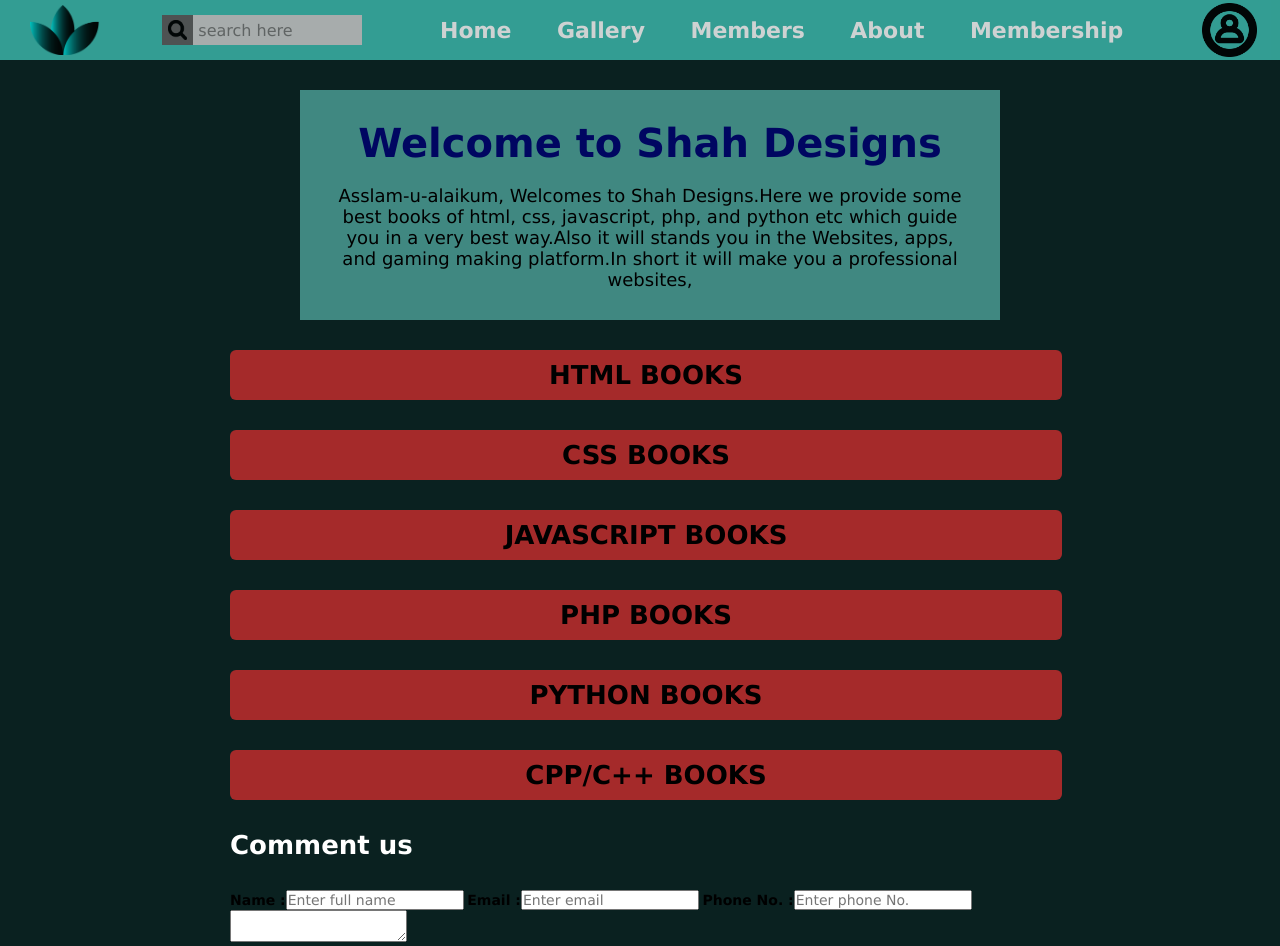
Repository: RawahaMR11/my_assignments
Page: rawaha computer/Shah Designs web/Shah home page.html
The author's editor kept a copy of each file at every save. The page is drawn from the files as they stood at one save, then again after the next save.
The browser window is 1280 px wide. The pictures show the whole page.

Above is the page before, as saved 2024-12-13 08:52:52.

### rawaha computer/Shah Designs web/Shah home page.html
<!DOCTYPE html>
<html lang="en">
<head>
      <meta charset="UTF-8">
      <meta name="viewport" content="width=device-width, initial-scale=1.0">
      <title>Shah Designs</title>
      <link rel="stylesheet" href="Shah home page.css">
</head>
<body>
<div class="my-display">
      <header>
            <div class="logo">
                  <img src="logo.png" alt="Shah Designs logo">
            </div><!--end logo-->
            <div class="search">
                  <img src="search.png" alt="Search-icon">
                  <input type="text" placeholder="search here">
            </div><!--end search-->
            <div class="home">
                  <a href="Shah home page.html">Home</a>
            </div><!--end home-->
            <div class="gallery">
                  <a href="#">Gallery</a>
            </div><!--end gallery-->
            <div class="members">
                  <a href="#">Members</a>
            </div><!--end members -->
            <div class="about">
                  <a href="#">About</a>
            </div><!--end about-->
            <div class="membership">
                  <a href="#">Membership</a>
            </div>
            <div class="login">
                  <img src="sign in.png" alt="Login">
            </div><!--end login-->
      </header>


      <div class="wrapper">
            <div id="welcome">
                  <h1>Welcome to Shah Designs</h1><br>
                  <p>Asslam-u-alaikum, Welcomes to Shah Designs.Here we provide some best books of html, css, javascript, php, and python etc which guide you in a very best way.Also it will stands you in the Websites, apps, and gaming making platform.In short it will make you a professional websites, </p>
            </div><!--end welcome-->
      </div><!--end wrapper-->


      <div class="html-books">
            <p>HTML BOOKS</p>
      </div>
      <div class="css-books">
            <p>CSS BOOKS</p>
      </div>
      <div class="javascript-books">
            <p>JAVASCRIPT BOOKS</p>
      </div>
      <div class="php-books">
            <p>PHP BOOKS</p>
      </div>
      <div class="python-books">
            <p>PYTHON BOOKS</p>
      </div>
      <div class="Cpp-books">
            <p>CPP/C++ BOOKS</p>
      </div>



      <div class="datail">

      </div>



      <div class="comment">
            <h2>Comment us</h2>
            <label for="name">Name :</label><input type="text" placeholder="Enter full name">
            <label for="name">Email :</label><input type="email" placeholder="Enter email">
            <label for="name">Phone No. :</label><input type="text" placeholder="Enter phone No.">
            <textarea name="comment" id="comment"></textarea>
      </div>
</div>
</body>
</html>

### rawaha computer/Shah Designs web/Shah home page.css
* {
      margin: 0;
      padding: 0;
}
body {
      display: block;
      font-size: 14px;
      background-color: rgb(10, 33, 32);
}
.my-display {
      width: 80%;
      margin: 0 auto;
      height: 100%;
      width: 100%;
}
/* css for opening my page on tablets (screens with width <=768px) */
@media screen and (max-width: 768px) {
      body {
            font-size: 16px;
      }
      .my-display {
            width: 100%;
      }
}
/* css for opening my page on laptops,pcs etc (screens with width <=1080px) */
@media screen and (max-width: 1080px) {
      body {
            font-size: 14px;
      }
      .my-display {
            width: 100%;
      }
}
/* css for opening my page on phones (screens with width <=480px) */
@media screen and (max-width: 480px) {
      body {
            font-size: 10px;
      }
      .my-display {
            width: 100%;
      }
}
header {
      width: 100%;
      height: 60px;
      display: flex;
      align-items: center;
      background-color: rgb(62, 188, 176);
      opacity: 80%;
      gap: 31.5px;
}
.logo {
      height: 83%;
      width: 70px;
      margin: 0 30px 0;
}
.logo img {
      height: 100%;
      width: 100%;
}
.search {
      width: 200px;
      height: 30px;
      background-color: rgb(95, 95, 95);
      display: flex;
      align-items: center;
      justify-content: space-evenly;
}
.search img {
      width: 10%;
      height: 65%;
      padding: 6px;
}
.search input {
      width: 90%;
      padding: 5.34px;
      border: none;
      outline: none;
      background-color: rgb(207, 207, 207);
      font-family: Verdana, Geneva, Tahoma, sans-serif;
      font-size: 16px;
}
.home {
      font-family: Verdana, Geneva, Tahoma, sans-serif;
      font-size: 22px;
      margin-left: 40px;
      padding: 7px;
}
.home:hover {
      background-color: rgb(161, 161, 161);
}
.home a {
      text-decoration: none;
      font-weight: 700;
      color: white;
}
.gallery {
      font-family: Verdana, Geneva, Tahoma, sans-serif;
      font-size: 22px;
      padding: 7px;
}
.gallery:hover {
      background-color: rgb(161, 161, 161);
}
.gallery a {
      text-decoration: none;
      font-weight: 700;
      color: white;
}
.members {
      font-family: Verdana, Geneva, Tahoma, sans-serif;
      font-size: 22px;
      padding: 7px;
}
.members:hover {
      background-color: rgb(161, 161, 161);
}
.members a {
      text-decoration: none;
      font-weight: 700;
      color: white;
}
.about {
      font-family: Verdana, Geneva, Tahoma, sans-serif;
      font-size: 22px;
      padding: 7px;
}
.about:hover {
      background-color: rgb(161, 161, 161);
}
.about a {
      text-decoration: none;
      font-weight: 700;
      color: white;
}
.membership {
      font-family: Verdana, Geneva, Tahoma, sans-serif;
      font-size: 22px;
      padding: 7px;
}
.membership:hover {
      background-color: rgb(161, 161, 161);
}
.membership a {
      text-decoration: none;
      font-weight: 700;
      color: white;
}
.login {
      height: 90%;
      width: 55px;
      float: right;
      margin-left: 40px;
}
.login img {
      height: 100%;
      width: 100%;
      cursor: pointer;
}
.wrapper {
      width: 50%;
      height: auto;
      display: flex;
      align-items: center;
      justify-content: center;
      margin-top: 30px;
      background-color: rgb(64, 136, 129);
      padding: 30px;
      margin-left: 300px;
}
#welcome {
      width: 100%;
      font-family: Verdana, Geneva, Tahoma, sans-serif;
      font-size: 16px;
}
#welcome h1 {
      text-align: center;
      color: rgb(0, 6, 97);
      font-size: 40px;
}
#welcome p {
      text-align: center;
      font-size: 18px;
      font-family: Verdana, Geneva, Tahoma, sans-serif;
}
.html-books {
      height: 50px;
      width: 65%;
      background-color: brown;
      margin: 30px 230px 0;
      border-radius: 6px;
      display: flex;
      align-items: center;
      justify-content: center;
      cursor: pointer;
}
.html-books p {
      font-family: Verdana, Geneva, Tahoma, sans-serif;
      font-size: 26px;
      font-weight: 700;
}
.css-books {
      height: 50px;
      width: 65%;
      background-color: brown;
      margin: 30px 230px 0;
      border-radius: 6px;
      display: flex;
      align-items: center;
      justify-content: center;
      cursor: pointer;
}
.css-books p {
      font-family: Verdana, Geneva, Tahoma, sans-serif;
      font-size: 26px;
      font-weight: 700;
}
.javascript-books {
      height: 50px;
      width: 65%;
      background-color: brown;
      margin: 30px 230px 0;
      border-radius: 6px;
      display: flex;
      align-items: center;
      justify-content: center;
      cursor: pointer;
}
.javascript-books p {
      font-family: Verdana, Geneva, Tahoma, sans-serif;
      font-size: 26px;
      font-weight: 700;
}
.php-books {
      height: 50px;
      width: 65%;
      background-color: brown;
      margin: 30px 230px 0;
      border-radius: 6px;
      display: flex;
      align-items: center;
      justify-content: center;
      cursor: pointer;
}
.php-books p {
      font-family: Verdana, Geneva, Tahoma, sans-serif;
      font-size: 26px;
      font-weight: 700;
}
.python-books {
      height: 50px;
      width: 65%;
      background-color: brown;
      margin: 30px 230px 0;
      border-radius: 6px;
      display: flex;
      align-items: center;
      justify-content: center;
      cursor: pointer;
}
.python-books p {
      font-family: Verdana, Geneva, Tahoma, sans-serif;
      font-size: 26px;
      font-weight: 700;
}
.Cpp-books {
      height: 50px;
      width: 65%;
      background-color: brown;
      margin: 30px 230px 0;
      border-radius: 6px;
      display: flex;
      align-items: center;
      justify-content: center;
      cursor: pointer;
}
.Cpp-books p {
      font-family: Verdana, Geneva, Tahoma, sans-serif;
      font-size: 26px;
      font-weight: 700;
}
.comment {
      width: 65%;
      margin: 30px 230px 0;
}
.comment h2 {
      font-family: Verdana, Geneva, Tahoma, sans-serif;
      font-size: 26px;
      font-weight: 700;
      color: white;
}
.comment label {
      margin-top: 30px;
      font-family: Verdana, Geneva, Tahoma, sans-serif;
      font-size: 14px;
      font-weight: 700;
}
.comment input {
      margin-top: 30px;
      font-family: Verdana, Geneva, Tahoma, sans-serif;
      font-size: 14px;

}

After the next save:
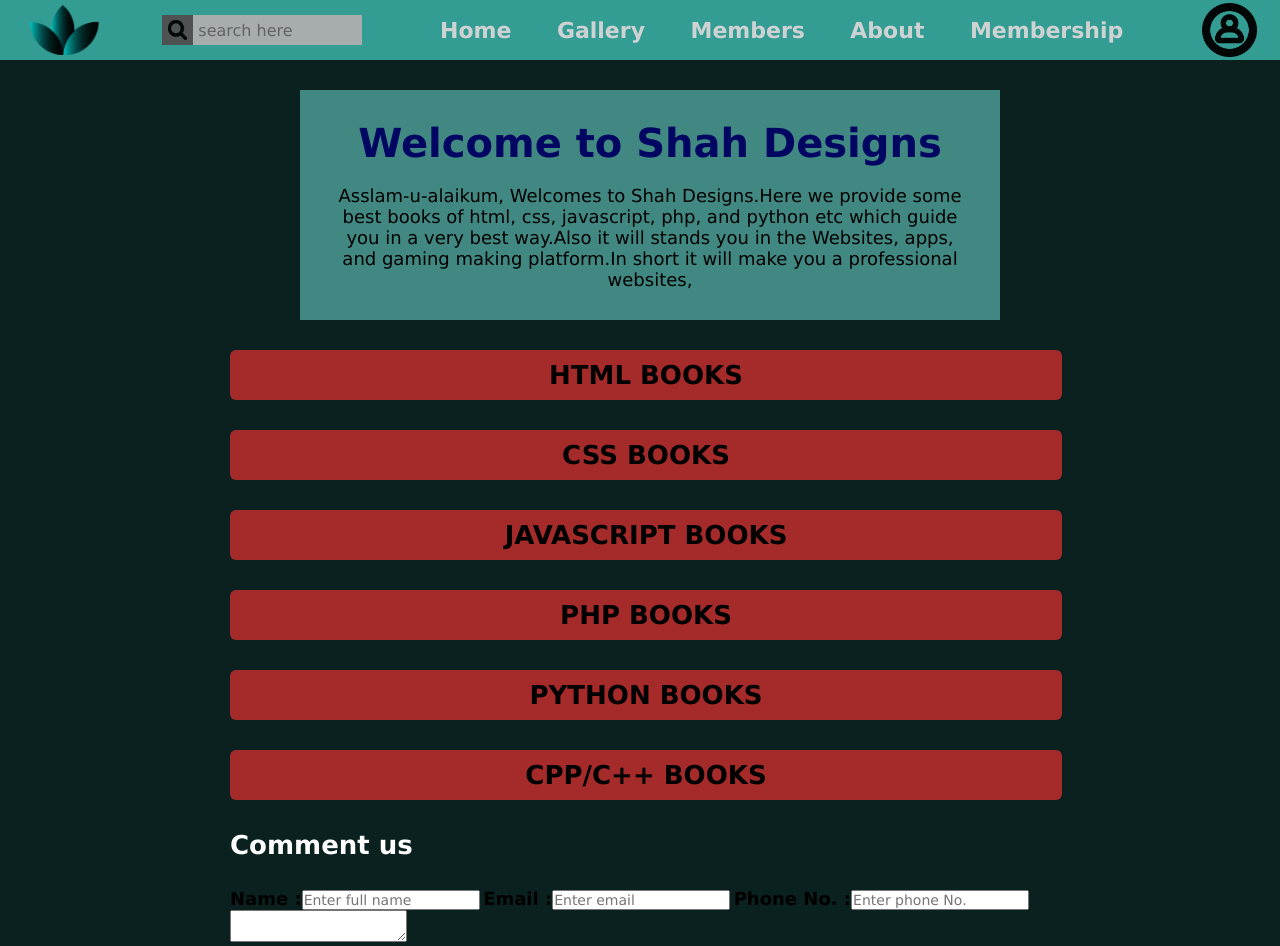
Saved 15 s later.
--- a/rawaha computer/Shah Designs web/Shah home page.css
+++ b/rawaha computer/Shah Designs web/Shah home page.css
@@ -292,7 +292,7 @@ header {
 .comment label {
       margin-top: 30px;
       font-family: Verdana, Geneva, Tahoma, sans-serif;
-      font-size: 14px;
+      font-size: 18px;
       font-weight: 700;
 }
 .comment input {
